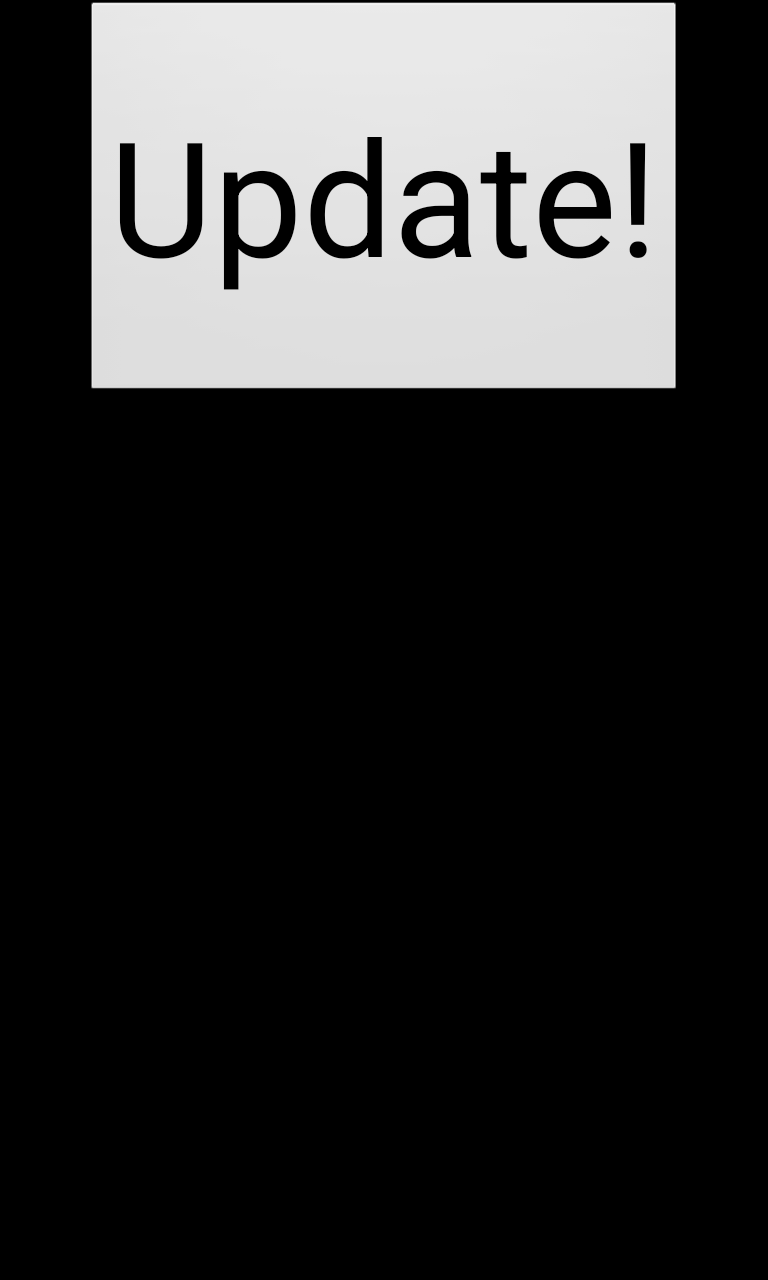
Repository: hgrateam/HangaramAPP_OLD-v2.0.6
Layout: HangaramAPP/res/layout/dbupdate.xml
The author's editor kept a copy of each file at every save. The layout is drawn from the files as they stood at one save, then again after the next save.
It is drawn on a 768 x 1280 px phone screen (xhdpi) without system bars, with theme android:Theme.Black.NoTitleBar; the app's code is not run.

Above is the layout before, as saved 2012-07-14 09:33:24.

After the next save:
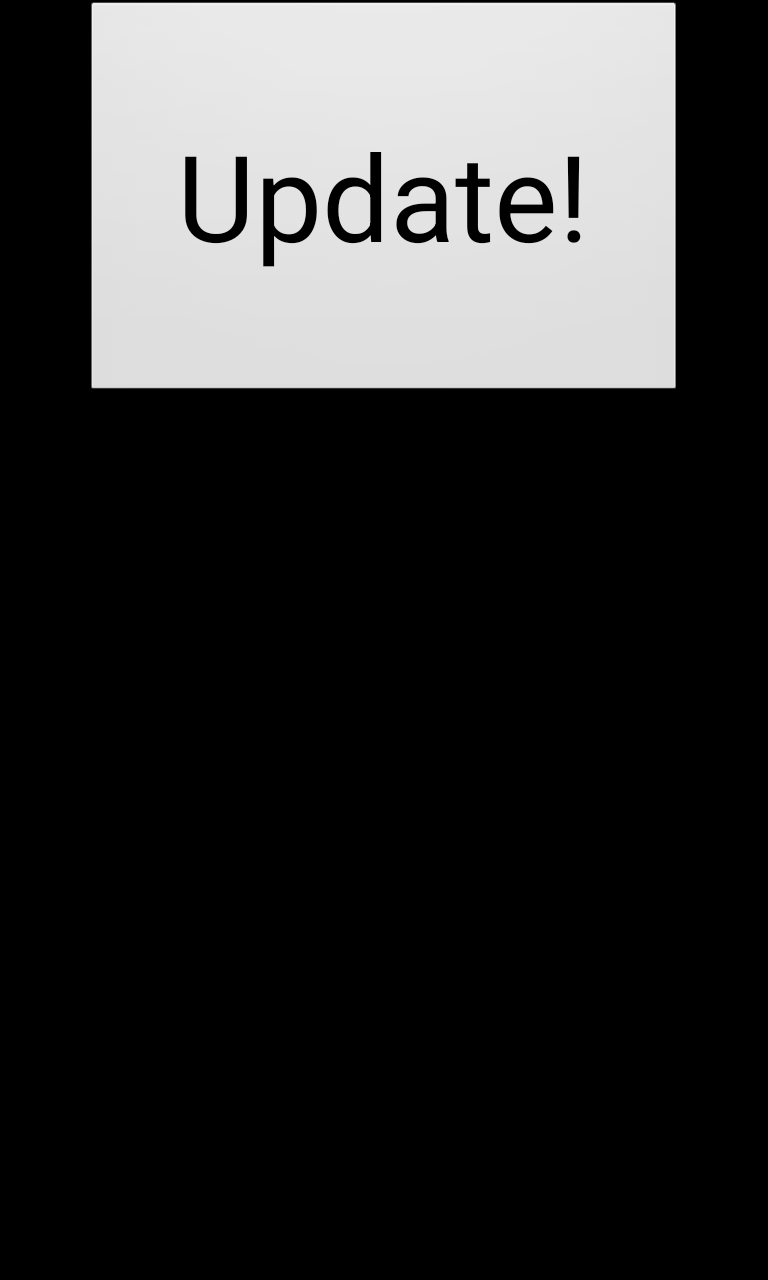
Saved 5 s later.
--- a/HangaramAPP/res/layout/dbupdate.xml
+++ b/HangaramAPP/res/layout/dbupdate.xml
@@ -11,6 +11,6 @@
         android:layout_gravity="center|top"
         android:gravity="center"
         android:text="Update!"
-        android:textSize="80dp"/>
+        android:textSize="60dp"/>
 
 </LinearLayout>
